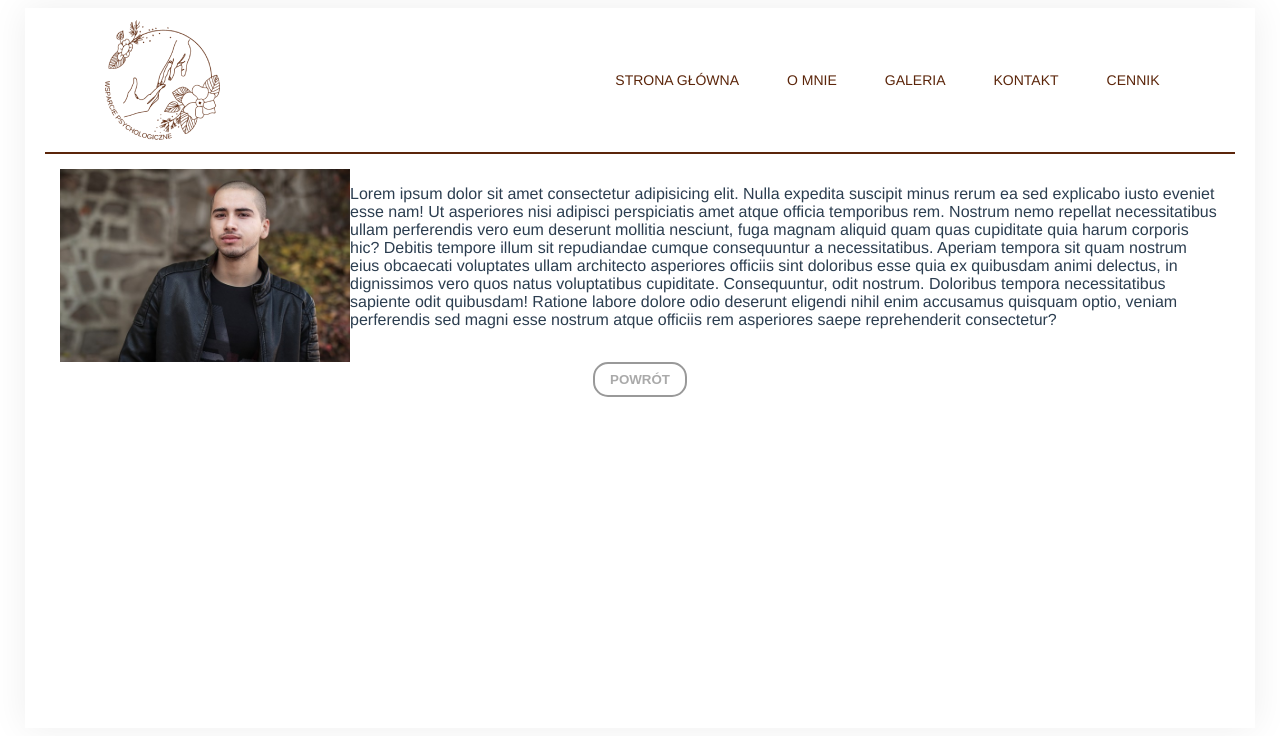
Repository: Kondzioor/szczepan-page
Page: /about
An editor plug-in stored every save of this project. The page is shown before and after the next save, followed by the edit.
The browser window is 1280 px wide. The pictures show the whole page.
Some web libraries are served in a nearby version. The project was rebuilt for these pictures with package versions that can differ from the ones it lists, and the page was loaded fresh each time. Also part of the build but not shown: src/views/Home.vue.

Above is the page before, as saved 2022-04-12 14:37:17.

After the next save:
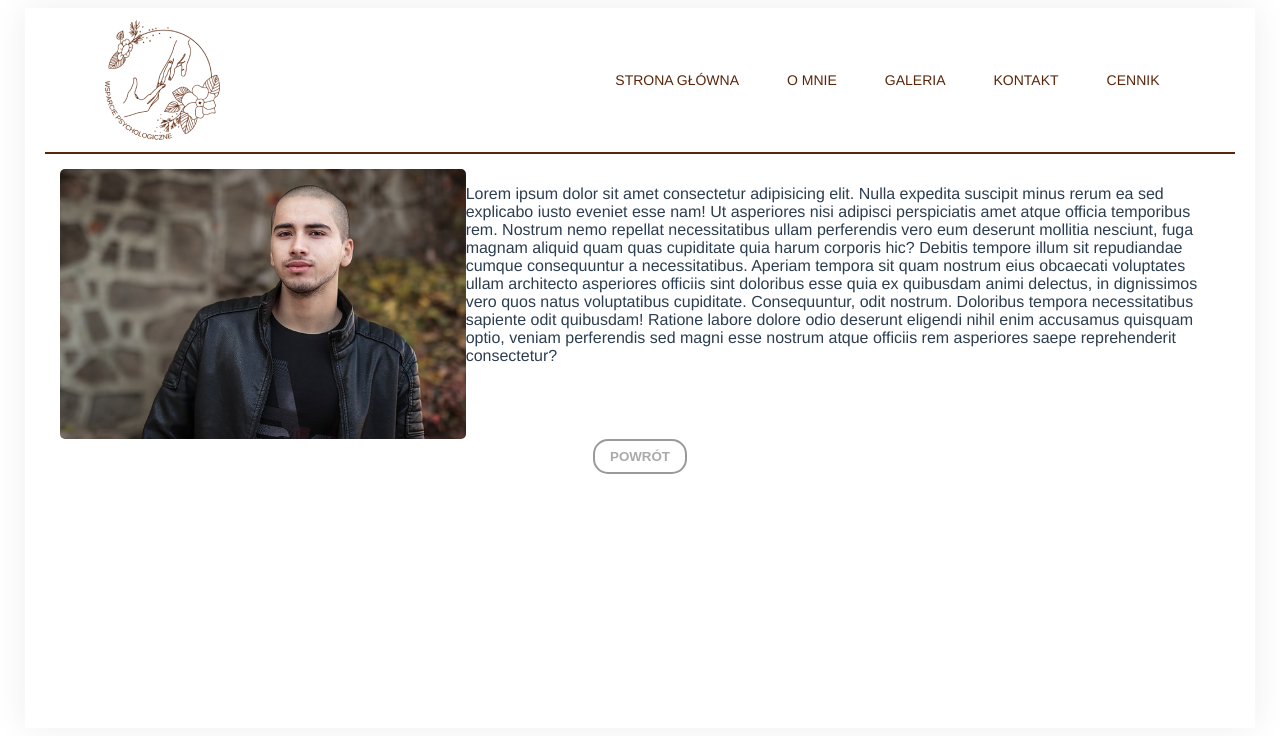
Saved 113 s later.
--- a/src/views/AboutUs.vue
+++ b/src/views/AboutUs.vue
@@ -39,7 +39,11 @@
     display: flex;
 }
 img{
-    width: 25%;
+    width: 100%;
+    height: 270px;
+    display: block;
+    object-fit: cover;
+    border-radius: 5px;
 }
 
 button{
